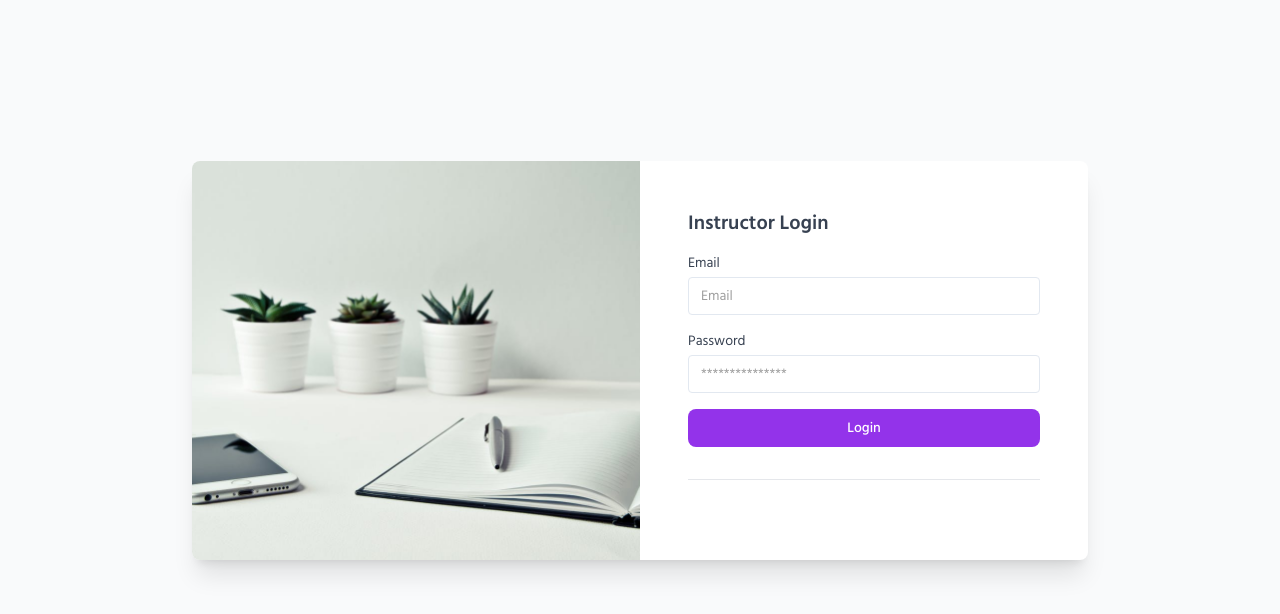
Repository: Ruddro420/student-manage-backend
Page: /dashboard/recording
An editor plug-in stored every save of this project. The page is shown before and after the next save, followed by the edit.
The browser window is 1280 px wide. The pictures show the whole page.
The project was rebuilt for these pictures with package versions that can differ from the ones it lists, and the page was loaded fresh each time. Also part of the build but not shown: vite.config.js, src/pages/Dashboard/AddCourse.jsx, src/pages/Dashboard/Courses.jsx, src/components/Sidebar/Sidebar.jsx, src/components/Header/NotificationMenu.jsx, src/components/Header/ProfileMenu.jsx, src/components/Header/Header.jsx, src/Layout/MainLayout.jsx and 23 more.

Above is the page before, as saved 2025-02-10 01:50:47.

### index.html
<!DOCTYPE html>
<html lang="en" data-theme="light">
  <head>
    <meta charset="UTF-8" />
    <link rel="icon" type="image/svg+xml" href="/favicon.png" />
    <meta name="viewport" content="width=device-width, initial-scale=1.0" />
    <title>Admin Student Manage</title>
    <link
      href="https://fonts.googleapis.com/css2?family=Hind+Siliguri:wght@300;400;500;600;700&display=swap"
      rel="stylesheet"
    />
    <link rel="stylesheet" href="./assets/css/tailwind.output.css" />
    <script
      src="https://cdn.jsdelivr.net/gh/alpinejs/alpine@v2.x.x/dist/alpine.min.js"
      defer
    ></script>
    <script src="./assets/js/init-alpine.js"></script>
    <link
      rel="stylesheet"
      href="https://cdnjs.cloudflare.com/ajax/libs/Chart.js/2.9.3/Chart.min.css"
    />
    <script
      src="https://cdnjs.cloudflare.com/ajax/libs/Chart.js/2.9.3/Chart.min.js"
      defer
    ></script>
  <!--   <script src="./assets/js/charts-lines.js" defer></script>
    <script src="./assets/js/charts-pie.js" defer></script> -->

  </head>
  <body>
    <div id="root"></div>
    <script type="module" src="/src/main.jsx"></script>
  </body>
</html>

### src/main.jsx
import React from 'react'
import ReactDOM from 'react-dom/client'
import './index.css'
import { RouterProvider } from 'react-router-dom'
import { router } from './routes/MainRouter.jsx'
import MainLayout from './Layout/MainLayout.jsx'
// import AuthProvider from './providers/AuthProvider.jsx'

ReactDOM.createRoot(document.getElementById('root')).render(
  <React.StrictMode>
    {/* <AuthProvider> */}
    <RouterProvider router={router} >
      <MainLayout />
    </RouterProvider>
    {/* </AuthProvider> */}
  </React.StrictMode>,
)

### src/index.css
@tailwind base;
@tailwind components;
@tailwind utilities;

/* Basic Setup */
body {
  font-family: "Hind Siliguri", sans-serif !important;
}

.tab-color {
  background-color: #000000 !important;
  color: white;
  cursor: pointer;
  border-radius: 5px;
}
/* Video Player */
.react-player {
  border: 2px solid #12b76a;
  border-radius: 3px;
}
.overflow-wrap {
  overflow-wrap: break-word !important;
}
/* Performance */
/* Loader */
.loader {
  width: 100%;
  height: 4px; /* Adjust the height as needed */
  background-color: #f3f3f3;
  position: relative;
  overflow: hidden;
  margin-bottom: 16px; /* Add space between the loader and the header */
}

.loading-bar {
  width: 0;
  height: 100%;
  background-color: #09f;
  position: absolute;
  animation: load 2s infinite;
}

@keyframes load {
  0% {
    width: 0;
  }
  100% {
    width: 100%;
  }
}

/* Mobile M */

### src/routes/MainRouter.jsx
import { createBrowserRouter } from "react-router-dom";
import Courses from "../pages/Dashboard/Courses";
import MainLayout from "../Layout/MainLayout";
import Login from "../pages/Login/Login";
import Recording from "../pages/Recording/Recording";
// import Resources from "../pages/Resources/Resources";
// import Performance from "../pages/Performance/Performance";
// import CourseDetails from "../pages/Courses/CourseDetails";
// import ClassSummary from "../pages/Courses/ClassSummary";
import Assingment from "../pages/Assingment/Assingment";
import VideoPlayer from "../pages/Recording/VideoPlayer";
import PrivateRoute from "./PrivateRoute";
// import SingleStudentDetails from "../pages/Students/SingleStudentDetails";
import NotFound from "../components/NotFound/NotFound";
import CourseDetails from "../pages/Courses/CourseDetails";

export const router = createBrowserRouter([
  {
    path: "/",
    element: <Login />,
  },
  {
    path: "/dashboard",
    element: (
       <PrivateRoute>
        <MainLayout />
      </PrivateRoute>
    ),
    children: [
      {
        path: "/dashboard",
        element: <Courses />,
      },
      {
        path: "/dashboard/course-details/:id",
        element: <CourseDetails />,
      },
      {
        path: "/dashboard/assingment/:id",
        element: <Assingment />,
      },
      {
        path: "/dashboard/recording",
        element: <Recording />,
      },
      {
        path: "/dashboard/class-recording/:id",
        element: <VideoPlayer />,
      },
     /*  {
        path: "/dashboard/recording",
        element: <Recording />,
      },
      {
        path: "/dashboard/resources",
        element: <Resources />,
      },
      {
        path: "/dashboard/performances",
        element: <Performance />,
      },
      {
        path: "/dashboard/course-details/:id",
        element: <CourseDetails />,
      },
      {
        path: "/dashboard/class-summary/:id",
        element: <ClassSummary />,
      },
      {
        path: "/dashboard/assingment/:id",
        element: <Assingment />,
      },
      {
        path: "/dashboard/class-recording/:id",
        element: <VideoPlayer />,
      },
      {
        path: "/dashboard/single-student-details/:id",
        element: <SingleStudentDetails />,
      }, */

    ],
  },
  {
    path: "*",
    element: <NotFound />,
  },
]);

### src/pages/Login/Login.jsx
import { useNavigate } from "react-router-dom";
import toast, { Toaster } from "react-hot-toast";
import { useState } from "react";

const Login = () => {
  const [email, setEmail] = useState()
  const [pass, setPass] = useState()
  const navigate = useNavigate()


const loginData = (e) => {
  e.preventDefault();

  if (email === "admin@admin.com" && pass === "admin") {
    const user = { email };  // Store necessary user data
    localStorage.setItem("user", JSON.stringify(user));  // Save as string

    toast.success("Login Success");

    setTimeout(() => {
      navigate("/dashboard");
    }, 2000);
  } else {
    toast.error("Invalid Credentials!");
  }
};



  return (
    <>
      <div className="flex items-center min-h-screen p-6 bg-gray-50 dark:bg-gray-900">
        <div className="flex-1 h-full max-w-4xl mx-auto overflow-hidden bg-white rounded-lg shadow-xl dark:bg-gray-800">
          <div className="flex flex-col overflow-y-auto md:flex-row">
            <div className="h-32 md:h-auto md:w-1/2">
              <img
                aria-hidden="true"
                className="object-cover w-full h-full dark:hidden"
                src="../assets/img/login-office.jpeg"
                alt="Office"
              />
              <img
                aria-hidden="true"
                className="hidden object-cover w-full h-full dark:block"
                src="../assets/img/login-office-dark.jpeg"
                alt="Office"
              />
            </div>
            <div className="flex items-center justify-center p-6 sm:p-12 md:w-1/2">
              <form onSubmit={loginData} className="w-full">
                <h1 className="mb-4 text-xl font-semibold text-gray-700 dark:text-gray-200">
                  Instructor Login
                </h1>
                <label className="block text-sm">
                  <span className="text-gray-700 dark:text-gray-400">
                    Email
                  </span>
                  <input
                    className="block w-full mt-1 text-sm dark:border-gray-600 dark:bg-gray-700 focus:border-purple-400 focus:outline-none focus:shadow-outline-purple dark:text-gray-300 dark:focus:shadow-outline-gray form-input"
                    placeholder="Email"
                    type="email"
                    name="email"
                    onChange={(e) => setEmail(e.target.value)}
                    value={email}
                  />
                </label>
                <label className="block mt-4 text-sm">
                  <span className="text-gray-700 dark:text-gray-400">
                    Password
                  </span>
                  <input
                    className="block w-full mt-1 text-sm dark:border-gray-600 dark:bg-gray-700 focus:border-purple-400 focus:outline-none focus:shadow-outline-purple dark:text-gray-300 dark:focus:shadow-outline-gray form-input"
                    placeholder="***************"
                    type="password"
                    name="password"
                    onChange={(e) => setPass(e.target.value)}
                    value={pass}
                  />
                </label>

                <button
                  type="submit"
                  className="block w-full px-4 py-2 mt-4 text-sm font-medium leading-5 text-center text-white transition-colors duration-150 bg-purple-600 border border-transparent rounded-lg active:bg-purple-600 hover:bg-purple-700 focus:outline-none focus:shadow-outline-purple"
                >
                  Login
                </button>
                <hr className="my-8" />
              </form>
            </div>
          </div>
        </div>
      </div>
      <Toaster />
    </>
  );
};

export default Login;

### src/routes/PrivateRoute.jsx
import { Navigate, useLocation } from "react-router-dom";
import PropTypes from "prop-types";
import ProgressWindow from "../components/Loader/ProgressWindow";

const PrivateRoute = ({ children }) => {
    const location = useLocation();
    const user = JSON.parse(localStorage.getItem("user")) || null;

    const loading = false; // Modify this if you have a real loading state

    if (loading) {
        return (
            <ProgressWindow>
                <progress className="progress w-56"></progress>
            </ProgressWindow>
        );
    }

    return user ? children : <Navigate to="/" state={{ from: location }} replace />;
};

PrivateRoute.propTypes = {
    children: PropTypes.node.isRequired,
};

export default PrivateRoute;

### public/assets/js/init-alpine.js
function data() {
  function getThemeFromLocalStorage() {
    // if user already changed the theme, use it
    if (window.localStorage.getItem('dark')) {
      return JSON.parse(window.localStorage.getItem('dark'))
    }

    // else return their preferences
    return (
      !!window.matchMedia &&
      window.matchMedia('(prefers-color-scheme: dark)').matches
    )
  }

  function setThemeToLocalStorage(value) {
    window.localStorage.setItem('dark', value)
  }

  return {
    dark: getThemeFromLocalStorage(),
    toggleTheme() {
      this.dark = !this.dark
      setThemeToLocalStorage(this.dark)
    },
    isSideMenuOpen: false,
    toggleSideMenu() {
      this.isSideMenuOpen = !this.isSideMenuOpen
    },
    closeSideMenu() {
      this.isSideMenuOpen = false
    },
    isNotificationsMenuOpen: false,
    toggleNotificationsMenu() {
      this.isNotificationsMenuOpen = !this.isNotificationsMenuOpen
    },
    closeNotificationsMenu() {
      this.isNotificationsMenuOpen = false
    },
    isProfileMenuOpen: false,
    toggleProfileMenu() {
      this.isProfileMenuOpen = !this.isProfileMenuOpen
    },
    closeProfileMenu() {
      this.isProfileMenuOpen = false
    },
    isPagesMenuOpen: false,
    togglePagesMenu() {
      this.isPagesMenuOpen = !this.isPagesMenuOpen
    },
    // Modal
    isModalOpen: false,
    trapCleanup: null,
    openModal() {
      this.isModalOpen = true
      this.trapCleanup = focusTrap(document.querySelector('#modal'))
    },
    closeModal() {
      this.isModalOpen = false
      this.trapCleanup()
    },
  }
}

### src/components/NotFound/NotFound.jsx
import { Link } from "react-router-dom";

/* eslint-disable react/no-unescaped-entities */
const NotFound = () => {
  return (
    <section className="bg-white dark:bg-gray-900">
      <div className="py-8 px-4 mx-auto max-w-screen-xl lg:py-16 lg:px-6">
        <div className="mx-auto max-w-screen-sm text-center">
          <h1 className="mb-4 text-7xl tracking-tight font-extrabold lg:text-9xl text-primary-600 dark:text-primary-500">
            404
          </h1>
          <p className="mb-4 text-3xl tracking-tight font-bold text-gray-900 md:text-4xl dark:text-white">
            Something's missing.
          </p>
          <p className="mb-4 text-lg font-light text-gray-500 dark:text-gray-400">
            Sorry, we can't find that page. You'll find lots to explore on the
            home page.{" "}
          </p>
          <Link
            to="/dashboard"
            className="inline-flex text-white bg-[black] hover:bg-primary-800 focus:ring-4 focus:outline-none focus:ring-primary-300 font-medium rounded-lg text-sm px-5 py-2.5 text-center dark:focus:ring-primary-900 my-4"
          >
            Back to Homepage
          </Link>
        </div>
      </div>
    </section>
  );
};

export default NotFound;

Loaded but not shown: tailwind.config.js (common file); public/assets/css/tailwind.output.css (library)

After the next save:
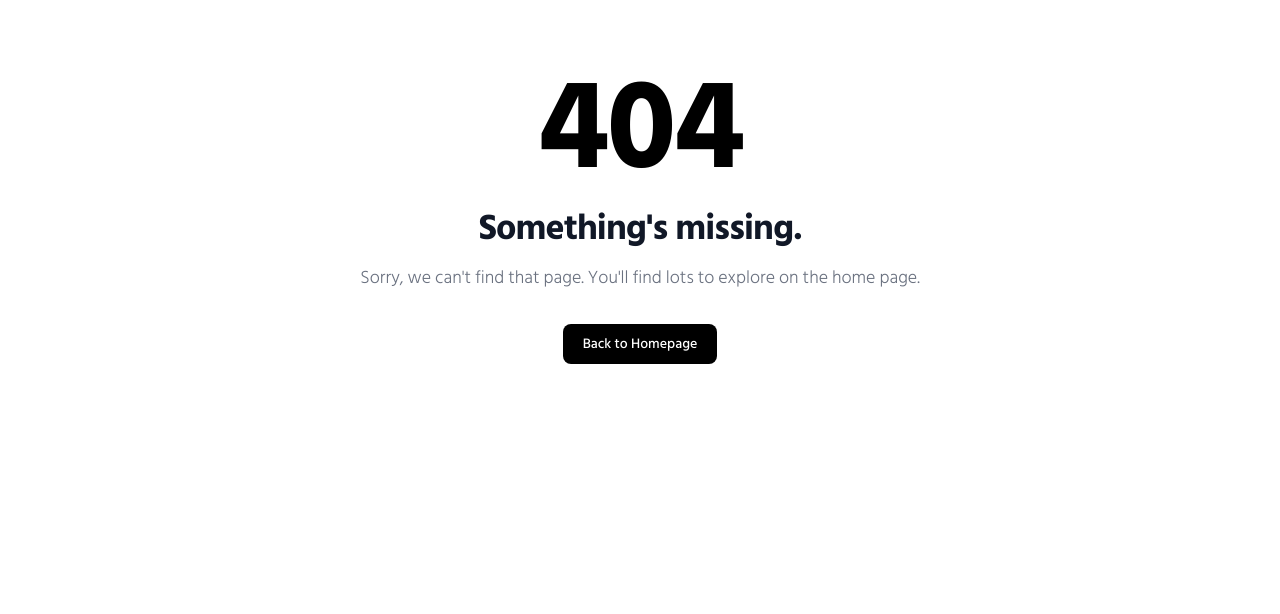
Saved 39 s later.
--- a/src/routes/PrivateRoute.jsx
+++ b/src/routes/PrivateRoute.jsx
@@ -3,24 +3,23 @@
 import ProgressWindow from "../components/Loader/ProgressWindow";
 
 const PrivateRoute = ({ children }) => {
-    const location = useLocation();
-    const user = JSON.parse(localStorage.getItem("user")) || null;
+  const location = useLocation();
+  const user = JSON.parse(localStorage.getItem("user") || "null"); // Prevent parsing error
+  const loading = false; // Modify this if you have a real loading state
 
-    const loading = false; // Modify this if you have a real loading state
+  if (loading) {
+    return (
+      <ProgressWindow>
+        <progress className="progress w-56"></progress>
+      </ProgressWindow>
+    );
+  }
 
-    if (loading) {
-        return (
-            <ProgressWindow>
-                <progress className="progress w-56"></progress>
-            </ProgressWindow>
-        );
-    }
-
-    return user ? children : <Navigate to="/" state={{ from: location }} replace />;
+  return user && user.email ? children : <Navigate to="/login" state={{ from: location }} replace />;
 };
 
 PrivateRoute.propTypes = {
-    children: PropTypes.node.isRequired,
+  children: PropTypes.node.isRequired,
 };
 
 export default PrivateRoute;

After the save that followed:
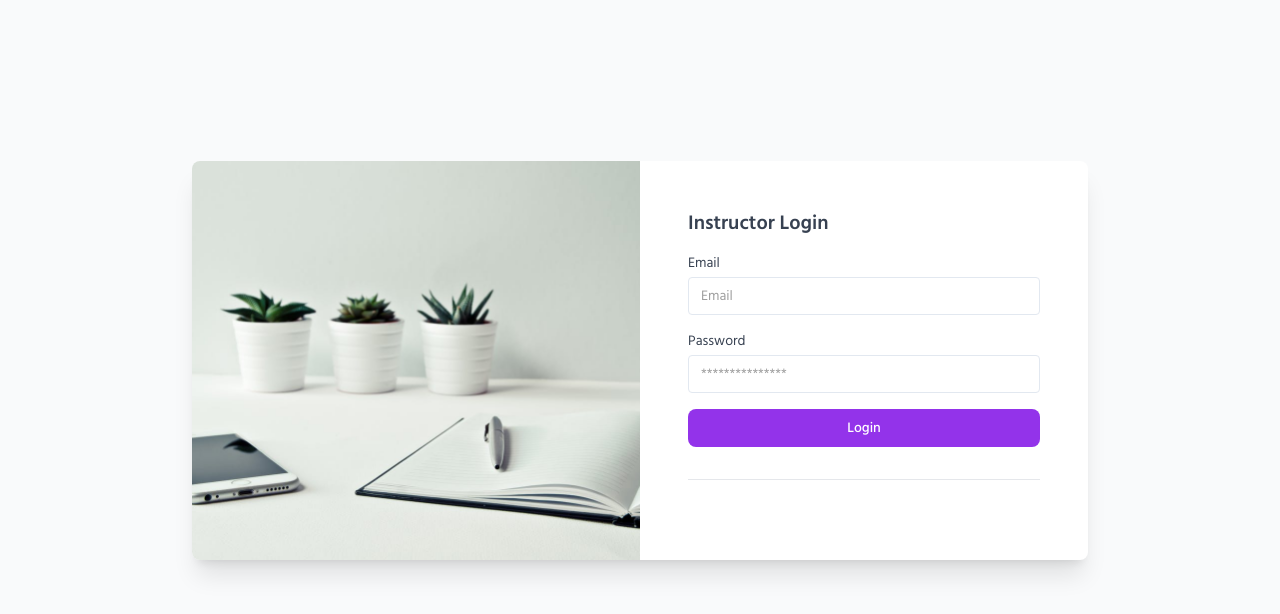
Saved 35 s later.
--- a/src/routes/PrivateRoute.jsx
+++ b/src/routes/PrivateRoute.jsx
@@ -15,7 +15,7 @@
     );
   }
 
-  return user && user.email ? children : <Navigate to="/login" state={{ from: location }} replace />;
+  return user && user.email ? children : <Navigate to="/" state={{ from: location }} replace />;
 };
 
 PrivateRoute.propTypes = {
